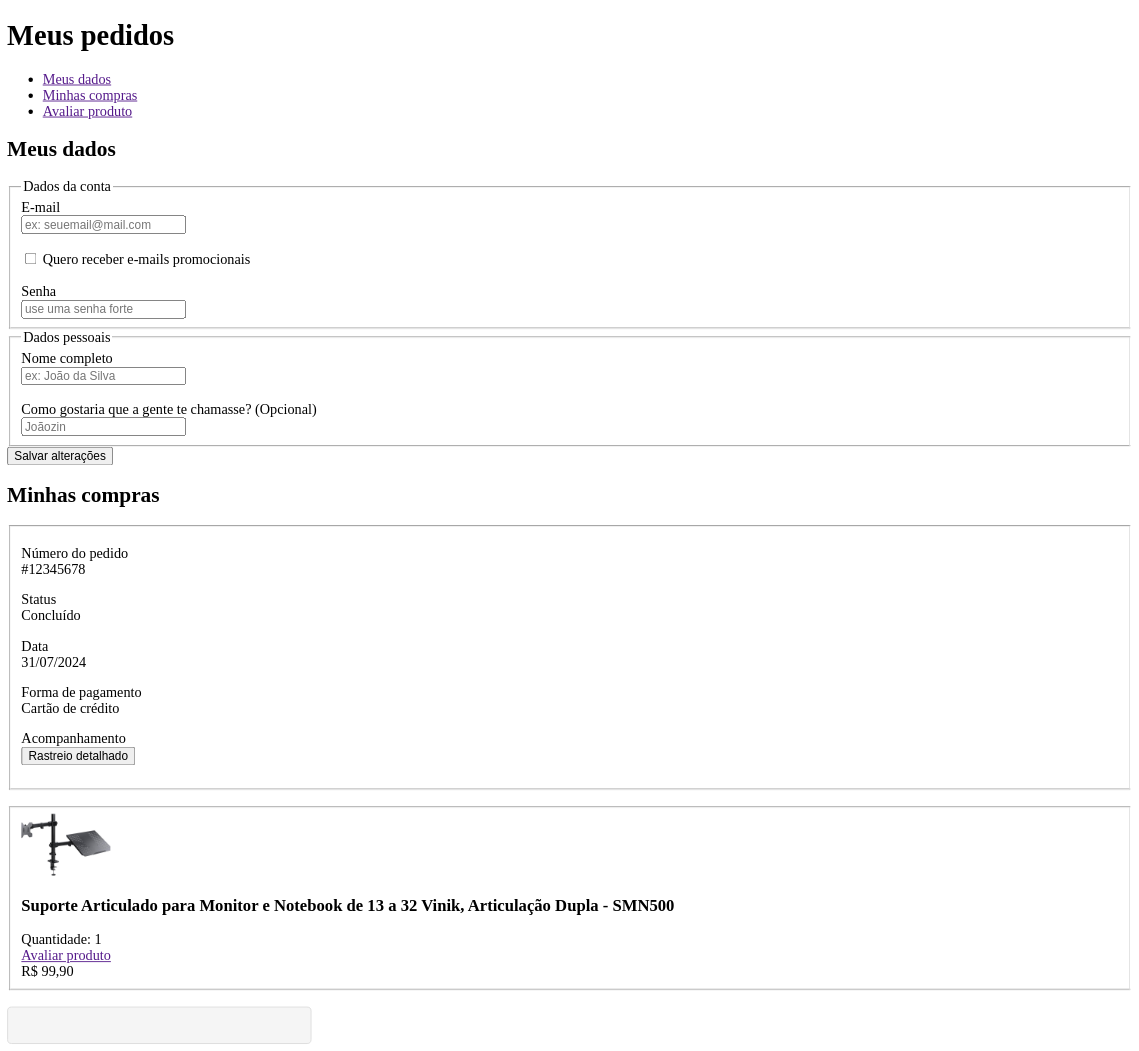
Repository: claudemir-camargo/site-compras
Page: index.html
The author's editor kept a copy of each file at every save. The page is drawn from the files as they stood at one save, then again after the next save.
The browser window is 1280 px wide. The pictures show the whole page, at 89% of full size.

Above is the page before, as saved 2024-03-03 15:34:47.

### index.html
<!DOCTYPE html>
<html lang="en">

<head>
    <meta charset="UTF-8">
    <meta name="viewport" content="width=device-width, initial-scale=1.0">
    <link rel="stylesheet" type="text/css" href="css/style.css" />
    <title>Site de Compras</title>
</head>

<body>
    <h1>Meus pedidos</h1>
    <ul>
        <li><a href="">Meus dados</a></li>
        <li><a href="">Minhas compras</a></li>
        <li><a href="">Avaliar produto</a></li>
    </ul>
    <h2>Meus dados</h2>
    <!-- Conta -->
    <fieldset>
        <legend>Dados da conta</legend>
        <form>
            <label>E-mail</label><br>
            <input type="email" id="email" name="email" placeholder="ex: seuemail@mail.com"><br><br>
            <input type="checkbox">
            <label>Quero receber e-mails promocionais</label><br><br>
            <label>Senha</label><br>
            <input type="password" placeholder="use uma senha forte">
        </form>
    </fieldset>
    <!-- Pessoais -->
    <fieldset>
        <legend>Dados pessoais</legend>
        <form>
            <label>Nome completo</label><br>
            <input type="text" placeholder="ex: João da Silva"><br><br>
            <label>Como gostaria que a gente te chamasse? (Opcional) </label><br>
            <input type="text" placeholder="Joãozin">
        </form>
    </fieldset>
    <button type="button">Salvar alterações</button>
    <!-- Minhas compras -->
    <h2>Minhas compras</h2>
    <fieldset>
        <div class="details">
            <p>Número do pedido<br>#12345678</p>
            <p>Status<br>Concluído</p>
            <p>Data<br>31/07/2024</p>
            <p>Forma de pagamento<br>Cartão de crédito</p>
            <p>Acompanhamento<br><button>Rastreio detalhado</button></p>
    </fieldset>
    <!-- Produto -->
    <br>
    <fieldset>
        <img src="img/suporte.jpg" alt="Suporte">
        <h3><p>Suporte Articulado para Monitor e Notebook de 13 a 32 Vinik,
            Articulação Dupla - SMN500</p></h3>
        Quantidade: 1<br>
        <a href="">Avaliar produto</a><br>
        R$ 99,90
    </fieldset>
    <br>
    <div class="menu">
        <h2 onclick="toggleMenu()">Detalhes de Envio e Pagamento ▼</h2>
        <ul id="menu-list">
            <li><a href="#">Endereço de Entrega</a></li>
            <li><a href="#">Métodos de Pagamento</a></li>
            <li><a href="#">Histórico de Compras</a></li>
            <li><a href="#">Status do Pedido</a></li>
        </ul>
    </div>


</body>

</html>

### css/style.css
img {
    width: 100px;
    height: 70px;
    object-fit: cover;
}

.menu {
    background-color: #f5f5f5;
    padding: 20px;
    border: 1px solid #ddd;
    border-radius: 5px;
    max-width: 300px;
    max-height: 0; /* Inicialmente, ocultamos a lista de itens */
    overflow: hidden;
    transition: max-height 0.3s ease; /* Adicionamos uma transição suave */
}

After the next save:
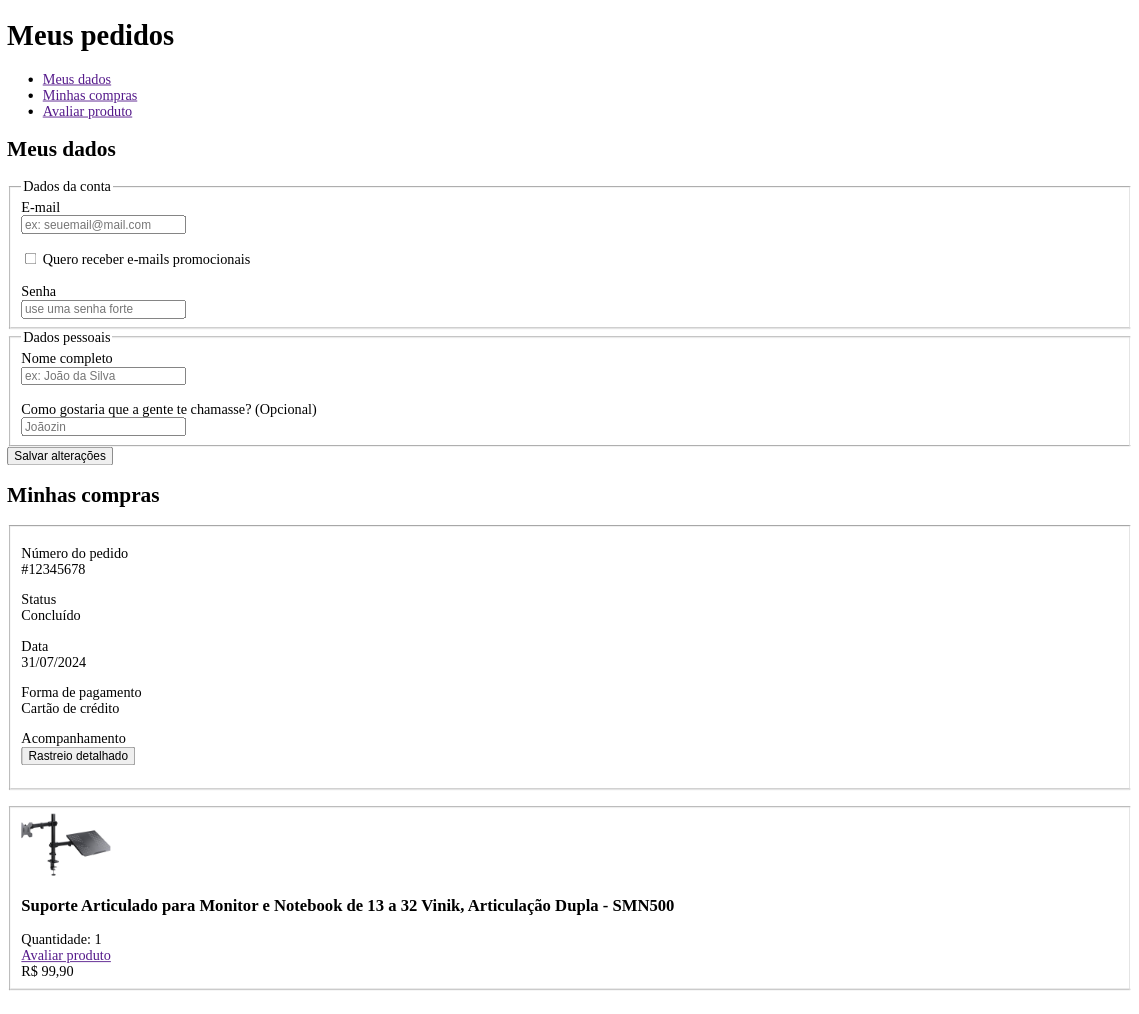
Saved 20 s later.
--- a/index.html
+++ b/index.html
@@ -60,15 +60,6 @@
         R$ 99,90
     </fieldset>
     <br>
-    <div class="menu">
-        <h2 onclick="toggleMenu()">Detalhes de Envio e Pagamento ▼</h2>
-        <ul id="menu-list">
-            <li><a href="#">Endereço de Entrega</a></li>
-            <li><a href="#">Métodos de Pagamento</a></li>
-            <li><a href="#">Histórico de Compras</a></li>
-            <li><a href="#">Status do Pedido</a></li>
-        </ul>
-    </div>
 
 
 </body>
